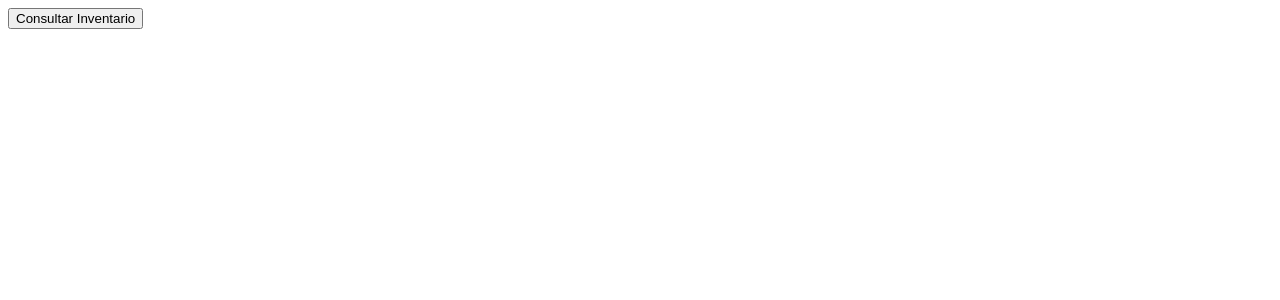
Repository: mauro2357/Producto2SW2MEERKATSOFT
Page: http://localhost/Meerkat_0.0/consultarinventariovista/funcionesadministrador.jsp
These files come from the project's save history. The page is drawn as it stood at one moment and after the next save; the edit follows.
The browser window is 1280 px wide. The pictures show the whole page.
The page is served by Tomcat 9. Nobody is signed in. The application's start-up code is not run. Other server files are loaded and not shown.

Above is the page before, as saved 2015-09-04 20:50:25.

### Meerkat_0.0/WebContent/consultarinventariovista/funcionesadministrador.jsp
<%@ page language="java" contentType="text/html; charset=ISO-8859-1"
    pageEncoding="ISO-8859-1"%>
<!DOCTYPE html PUBLIC "-//W3C//DTD HTML 4.01 Transitional//EN" "http://www.w3.org/TR/html4/loose.dtd">
<html>
<head>
<meta http-equiv="Content-Type" content="text/html; charset=ISO-8859-1">
<title>Insert title here</title>
<script type="text/javascript">

	function ir_admin(){
		var Entrar = "nada";
		$.post("/Meerkat_0.0/administrador", {
			entrar : Entrar,
		}, window.location.replace("index.jsp"));
	}

	function consultar_insumos(){
		alert("ingreso al metodo de jquery");
		var Entrar = "consultar_inventario";
		$.post("/Meerkat_0.0/administrador", {

			entrar : Entrar,
		}, function(responseText) {
				$('#cuerpo').html(responseText);
			});

		};
</script>
</head>
<body>

<button type="button" onclick="ir_admin()">Consultar Inventario</button>



<div id="myDiv"></div>
</body>
</html>

After the next save:
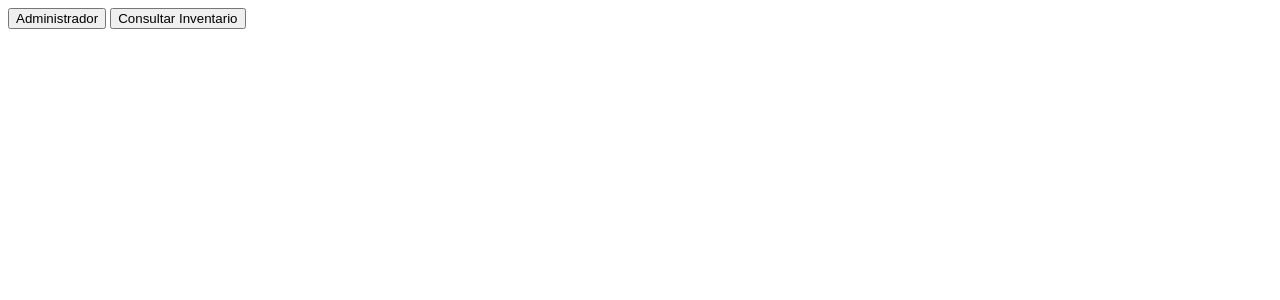
Saved 2 min 3 s later.
--- a/Meerkat_0.0/WebContent/consultarinventariovista/funcionesadministrador.jsp
+++ b/Meerkat_0.0/WebContent/consultarinventariovista/funcionesadministrador.jsp
@@ -25,11 +25,18 @@
 			});
 
 		};
+	function ir_administrador(){
+		var Entrar = "ir_administrador";
+		$.post("/Meerkat_0.0/administrador", {
+			entrar : Entrar,
+		}, window.location.replace("consultarinventariovista/funcionesadministrador.jsp"));
+	}
+
 </script>
 </head>
 <body>
-
-<button type="button" onclick="ir_admin()">Consultar Inventario</button>
+	<button type="button" onclick="ir_administrador()">Administrador</button>
+	<button type="button" onclick="ir_admin()">Consultar Inventario</button>
 
 
 
